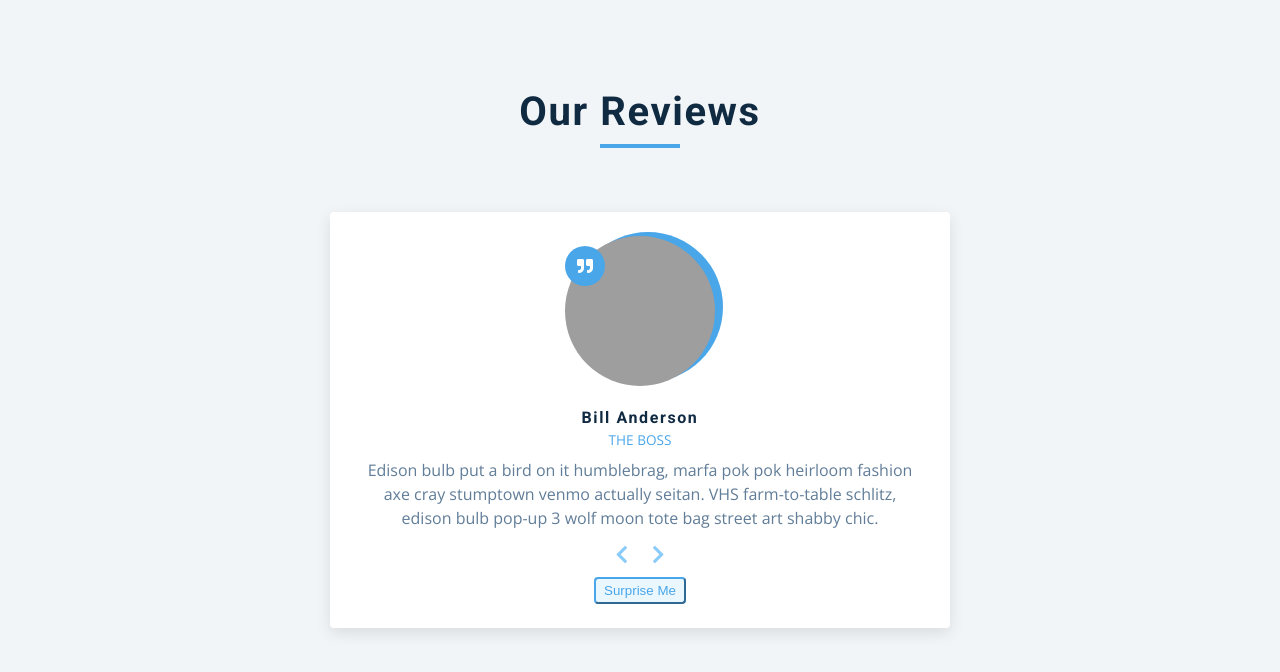
Repository: sunny070/javaScript
Page: Reviews_03/index.html
The author's editor kept a copy of each file at every save. The page is drawn from the files as they stood at one save, then again after the next save.
The browser window is 1280 px wide. The pictures show the whole page.
Pictures or frames that could not be fetched are drawn as grey boxes. Some web libraries are served in a nearby version.

Above is the page before, as saved 2023-10-04 13:32:12.
Console error: TypeError: Cannot read properties of null (reading 'addEventListener')

After the next save:
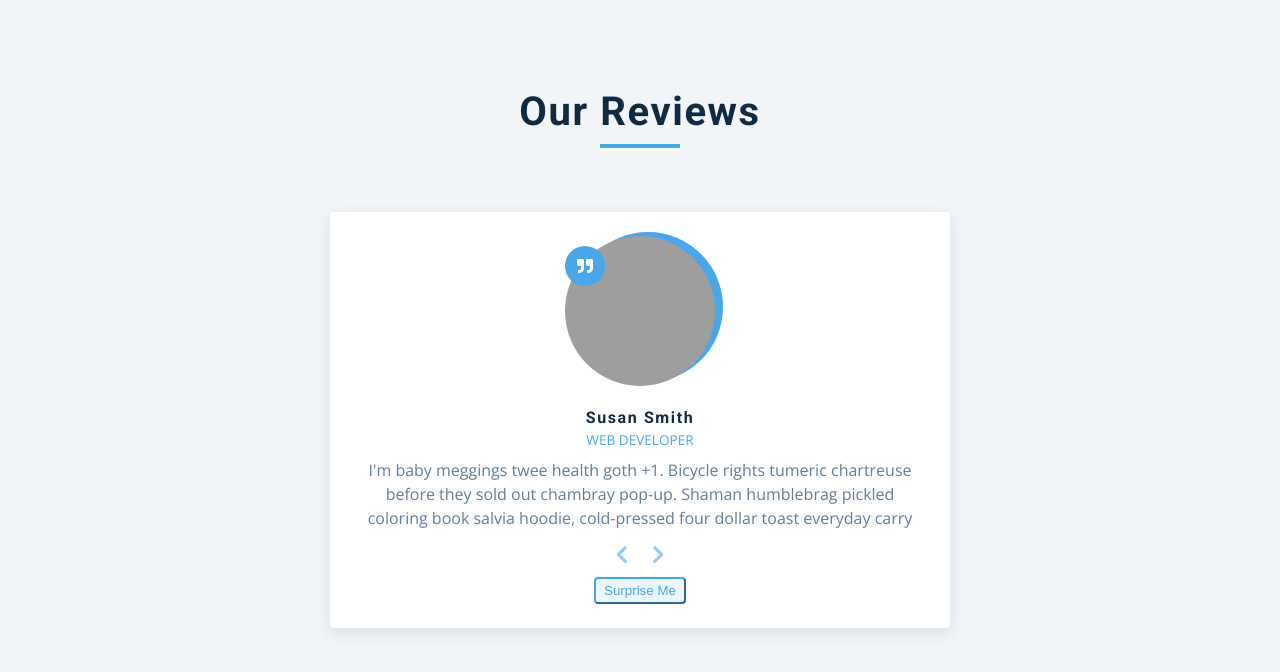
Saved 12 s later.
--- a/Reviews_03/app.js
+++ b/Reviews_03/app.js
@@ -40,7 +40,7 @@ const nextBtn =document.querySelector('.next-btn')
 const randomBtn =document.querySelector('.random-btn')
 
 //set starting item
-let currentItem = 3;
+let currentItem = 0;
 
 //load initial item
 window.addEventListener('DOMContentLoaded',function(){
